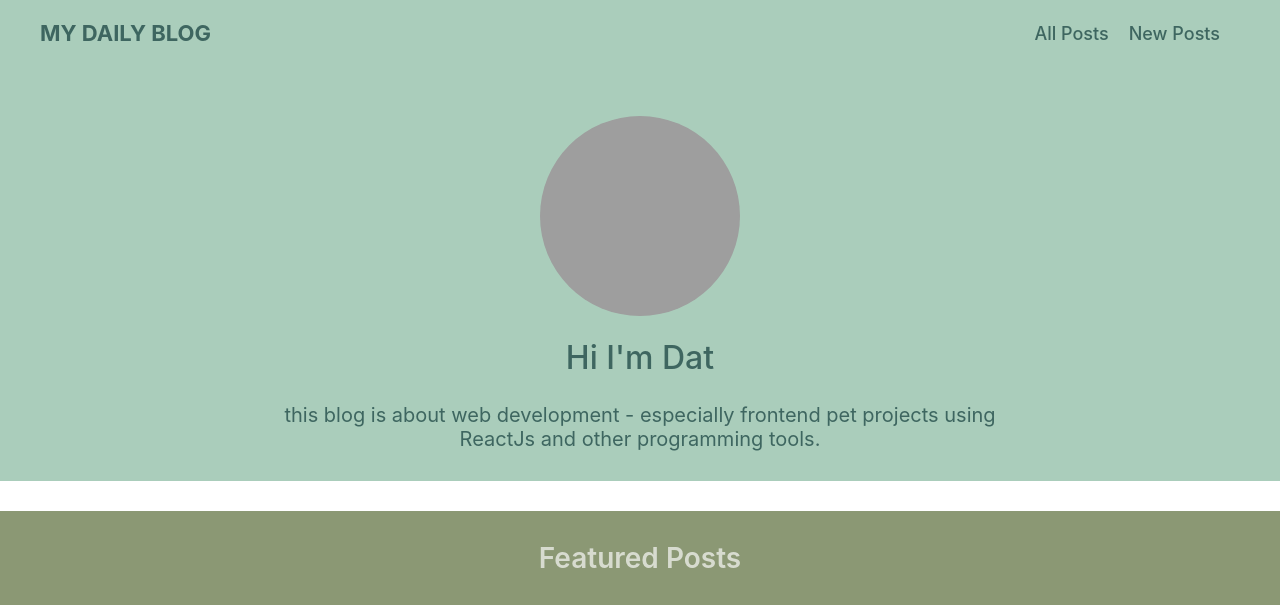
Repository: lyvandat/post-project-nextjs
Page: /
These files come from the project's save history. The page is drawn as it stood at one moment and after the next save; the edit follows.
The browser window is 1280 px wide. The pictures show the part of the page from y = 0 to 605 px (the page is 1744 px tall before and 1734 px after).
Pictures or frames that could not be fetched are drawn as grey boxes. The project was rebuilt for these pictures with package versions that can differ from the ones it lists, and the page was loaded fresh each time. The framework's server and built-in components were replaced by stand-ins that run in the browser. Also part of the build but not shown: next.config.js.

Above is the page before, as saved 2022-09-26 16:29:42.

### pages/_app.tsx
import "../styles/globals.css";
import type { AppProps } from "next/app";
import Layout from "../components/layout/Layout";

function MyApp({ Component, pageProps }: AppProps) {
  return (
    <Layout>
      <Component {...pageProps} />
    </Layout>
  );
}

export default MyApp;

### pages/index.tsx
import type { NextPage } from "next";
import React from "react";
import HomePage from "../components/home-page/HomePage";

const Home: NextPage = () => {
  return <HomePage />;
};

export default Home;

### styles/globals.css
:root {
  --background-green: #aacdbb;
  --light-green: #abb7ab;
  --medium-green: #8b9874;
  --high-green: #3e6660;
}

html,
body {
  color: var(--medium-green);
  padding: 0;
  margin: 0;
  font-family: -apple-system, BlinkMacSystemFont, Segoe UI, Roboto, Oxygen,
    Ubuntu, Cantarell, Fira Sans, Droid Sans, Helvetica Neue, sans-serif;
}

html {
  font-size: 62.5%;
}

body {
  font-size: 1.6rem;
}

a {
  color: inherit;
  text-decoration: none;
}

* {
  box-sizing: border-box;
  margin: 0;
  border: 0;
  padding: 0;
}

ul {
  padding-left: 0;
  list-style: none;
}

button {
  outline: none;
}

img {
  display: block;
  max-width: 100%;
}

.container {
  max-width: 1200px;
  width: 100%;
  margin-left: auto;
  margin-right: auto;
}

.container > h2 {
  text-align: center;
  color: white;
  opacity: 0.66;
  margin-bottom: 40px;
  margin-top: 30px;
  padding-top: 30px;
  font-size: 2.8rem;
  font-weight: 600;
  text-transform: capitalize;
}

.padding-section {
  padding-top: 50px;
  padding-bottom: 30px;
}

### components/layout/Layout.tsx
import React from "react";
import classes from "./Layout.module.css";
import MainNavigation from "./MainNavigation";

const Layout: React.FC<{ children: React.ReactNode }> = (props) => {
  return (
    <React.Fragment>
      <MainNavigation></MainNavigation>
      <main className={classes.main}>{props.children}</main>
    </React.Fragment>
  );
};

export default Layout;

### components/home-page/HomePage.tsx
import React from "react";
import Info from "../info/Info";
import PostList from "../posts/PostList";
import LayoutSection from "../layout/LayoutSection";

const HomePage: React.FC = () => {
  return (
    <React.Fragment>
      <Info />
      <LayoutSection title="featured posts">
        <PostList />
      </LayoutSection>
    </React.Fragment>
  );
};

export default HomePage;

### components/layout/Layout.module.css
.main {
  width: 100%;
  margin-left: auto;
  margin-right: auto;
}

### components/layout/MainNavigation.tsx
import classes from "./MainNavigation.module.css";
import Link from "next/link";

const MainNavigation: React.FC = (props) => {
  return (
    <header className={classes["main-header"]}>
      <div className={classes.container}>
        <Link href="/">
          <a>
            <h2>My Daily Blog</h2>
          </a>
        </Link>
        <nav>
          <ul>
            <li>
              <Link href="/">All Posts</Link>
            </li>
            <li>
              <Link href="/">New Posts</Link>
            </li>
          </ul>
        </nav>
      </div>
    </header>
  );
};

export default MainNavigation;

### components/info/Info.tsx
import classes from "./Info.module.css";
import Image from "next/image";

const Info: React.FC = () => {
  return (
    <div className={classes.info}>
      <div className="container">
        <div className={classes["image-wrapper"]}>
          <Image
            src="/images/my-photo.jpg"
            alt="my photo"
            width={300}
            height={300}
          ></Image>
        </div>
        <h1>Hi I'm Dat</h1>
        <p>
          this blog is about web development - especially frontend pet projects
          using ReactJs and other programming tools.
        </p>
      </div>
    </div>
  );
};

export default Info;

### components/posts/PostList.tsx
import classes from "./PostList.module.css";
import PostItem from "./PostItem";

type post = {
  title: string;
  date: string;
  excerpt: string;
};

const PostList: React.FC = () => {
  return (
    <ul className={classes.list}>
      <PostItem />
      <PostItem />
      <PostItem />
      <PostItem />
    </ul>
  );
};

export default PostList;

### components/layout/LayoutSection.tsx
// import classes from "./LayoutSection.module.css";
import React from "react";
import classes from "./LayoutSection.module.css";

const LayoutSection: React.FC<{ children: React.ReactNode; title: string }> = (
  props
) => {
  return (
    <section className={classes.section}>
      <div className="container">
        <h2>{props.title}</h2>
        {props.children}
      </div>
    </section>
  );
};

export default LayoutSection;

### components/layout/MainNavigation.module.css
.main-header {
  background-color: var(--background-green);
  padding: 20px;
}

.container {
  color: var(--high-green);
  width: 100%;
  max-width: 1200px;
  display: flex;
  justify-content: space-between;
  align-items: center;
  margin: 0 auto;
}

.container h2 {
  font-size: 22px;
  font-weight: 700;
  text-transform: uppercase;
}

.container nav {
}

.container ul {
  display: flex;
  justify-content: flex-start;
}

.container li {
  margin-right: 20px;
}

.container a {
  font-weight: 600;
  font-size: 18px;
  font-weight: 500;
}

### components/info/Info.module.css
.info {
  background-color: var(--background-green);
  padding-top: 50px;
  padding-bottom: 30px;
  text-align: center;
  color: var(--high-green);
}

.image-wrapper {
  margin-left: auto;
  margin-right: auto;
  width: 200px;
  height: 200px;
  border-radius: 200px;
  overflow: hidden;
}

.image-wrapper img {
  height: 100%;
  object-fit: cover;
}

.info h1 {
  font-weight: 500;
  margin-top: 22px;
  margin-bottom: 26px;
}

.info p {
  width: 60%;
  font-size: 2rem;
  margin-left: auto;
  margin-right: auto;
}

### components/posts/PostList.module.css
.list {
  display: flex;
  flex-direction: space-between;
  flex-wrap: wrap;
  justify-content: space-between;
}

### components/posts/PostItem.tsx
import classes from "./PostItem.module.css";
import Image from "next/image";
import Link from "next/link";

type post = {
  image: string;
  title: string;
  date: string;
  excerpt: string;
};

const PostItem: React.FC = () => {
  return (
    <li className={classes.item}>
      <Image
        src="/images/my-photo.jpg"
        alt="item1"
        width={500}
        height={400}
        layout="responsive"
      ></Image>
      <h2>Chao mung den voi khoa hoc moi</h2>
      <time>26 thang 11, 2022</time>
      <p>
        day la dong mo ta ve san pham ban se su dung trong suot quang thoi gian
        ban hoc va thuc hanh luyen tap voi reactjs
      </p>
      <Link href="/all-posts/post1">
        <a>View detail</a>
      </Link>
    </li>
  );
};

export default PostItem;

### components/layout/LayoutSection.module.css
.section {
  width: 100%;
  background-color: var(--medium-green);
  color: var(--light-green);
  color: rgb(222, 192, 192);
}

### components/posts/PostItem.module.css
.item {
  /* width: calc(50% - 12px); */
  color: var(--medium-green);
  background-color: var(--background-green);
  margin-bottom: 20px;
  max-width: calc(33.333% - 12px);
}

.item image {
  width: 100%;
}

.item h2 {
  text-transform: uppercase;
  color: var(--high-green);
  font-size: 1.8rem;
  font-weight: 700;
  margin-top: 10px;
  margin-bottom: 6px;
  padding: 0 12px;
}

.item time {
  display: block;
  color: var(--high-green);
  opacity: 0.88;
  font-size: 1.4rem;
  font-weight: bold;
  padding: 0 12px;
  margin-bottom: 12px;
}

.item p {
  color: var(--high-green);
  font-weight: 600;
  padding: 0 12px;
  margin-bottom: 24px;
}

.item a {
  display: block;
  margin-left: auto;
  margin-right: 20px;
  margin-bottom: 20px;
  max-width: 110px;
  padding: 12px 16px;
  color: #fff;
  opacity: 0.77;
  border-radius: 8px;
  background-color: #ff6651;
}

.item a:hover {
  opacity: 1;
}

After the next save:
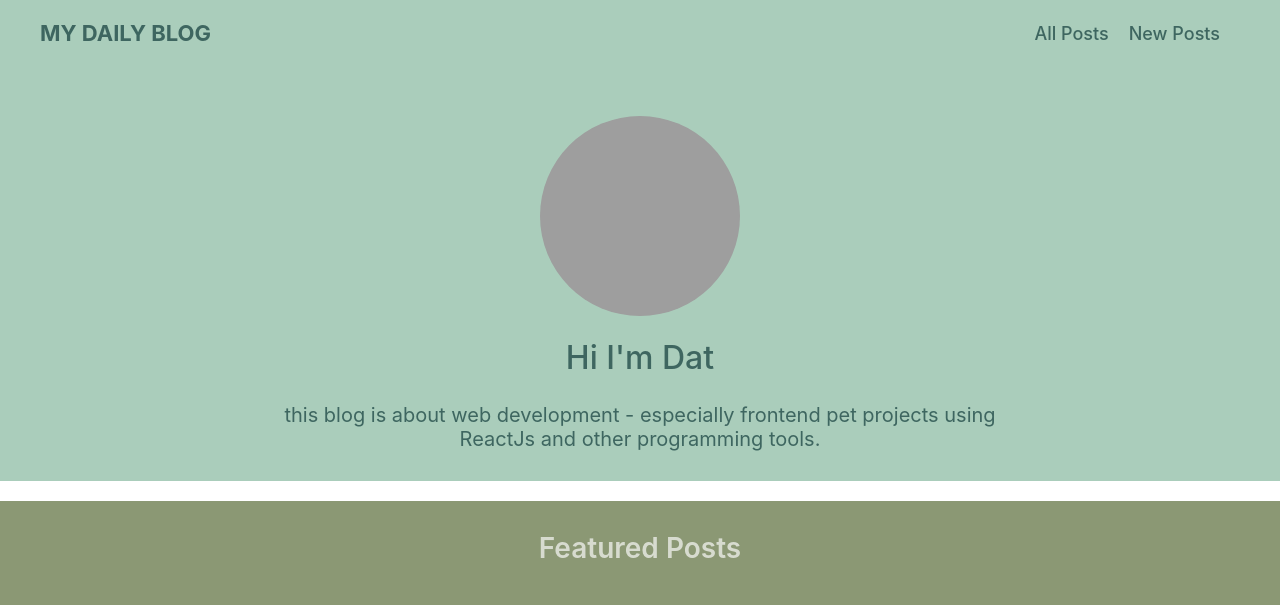
Saved 7 s later.
--- a/styles/globals.css
+++ b/styles/globals.css
@@ -60,7 +60,7 @@ img {
   color: white;
   opacity: 0.66;
   margin-bottom: 40px;
-  margin-top: 30px;
+  margin-top: 20px;
   padding-top: 30px;
   font-size: 2.8rem;
   font-weight: 600;
